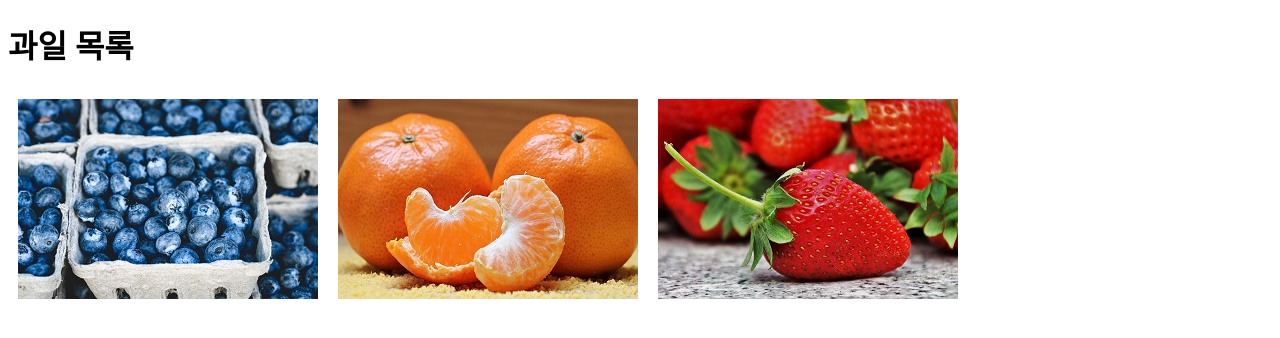
Repository: woosungtae/html_css
Page: pro01/public/a11.html
These files come from the project's save history. The page is drawn as it stood at one moment and after the next save; the edit follows.
The browser window is 1280 px wide. The pictures show the whole page.

Above is the page before, as saved 2022-12-12 06:34:41.

### pro01/public/a11.html
<!DOCTYPE html>
<html lang="ko">
<head>
<meta charset="utf-8">
<title>과일 목록</title>
   <style>
      .prod-list{
          list-style: none;
          margin: 0;
          padding: 0;
      }
      .prod-list li{
          position: relative;
          float: left;
          margin: 10px;
          padding: 0;
          overflow: hidden;
      }
      .prod-list img{
          margin:0;
          padding:0;
          float: left;
          z-index: 5;
      }
      .prod-list .caption{
          position: absolute;
          top: 200px;
          width: 300px;
          height: 200px;
          padding-top: 20px;
          background: rgba(0,0,0,0.6);
          opacity: 0;
          transition: all 0.2s ease-in-out;
          z-index: 10;
      }

      .prod-list li:hover .caption{
          opacity: 1;
          transform: translateY(-200px);
      }
      .prod-list .caption h1, .prod-list p{
          color: white;
          text-align: center;
          margin:5px;
          padding:5px;
      }
      .caption #sec:hover{
      border:1px dotted gray;
      width:30%;
      margin-right: auto;
      margin-left: auto;


      }
   </style>
</head>
<body>
<h1>과일 목록</h1>
<div id="container">
  <ul class="prod-list">
   <li>
      <img src="images/prod1.jpg">
      <div class="caption">
       <h1>상품 1</h1>
       <p>상품 1 설명 텍스트</p>
       <p>가격 : 12,345원</p>
       <p id="sec">구매하기<p>
      </div>
      </li>
         <li>
      <img src="images/prod2.jpg">
      <div class="caption">
       <h1>상품 2</h1>
       <p>상품 2 설명 텍스트</p>
       <p>가격 : 12,345원</p>
       <p id="sec">구매하기</p>
      </div>
      </li>
         <li>
      <img src="images/prod3.jpg">
      <div class="caption">
       <h1>상품 3</h1>
       <p>상품 3 설명 텍스트</p>
       <p>가격 : 12,345원</p>
       <p id="sec">구매하기</p>
      </div>
      </li>
  </ul>
</div>

</body>
</html>

After the next save:
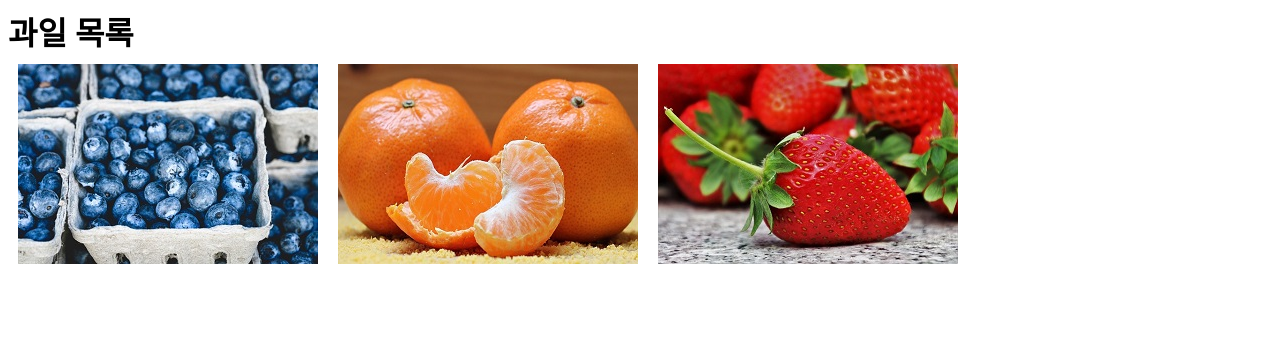
Saved 32 min 17 s later.
--- a/pro01/public/a11.html
+++ b/pro01/public/a11.html
@@ -4,6 +4,10 @@
 <meta charset="utf-8">
 <title>과일 목록</title>
    <style>
+   h1{
+    margin:0;
+    padding:0;
+   }
       .prod-list{
           list-style: none;
           margin: 0;

After the save that followed:
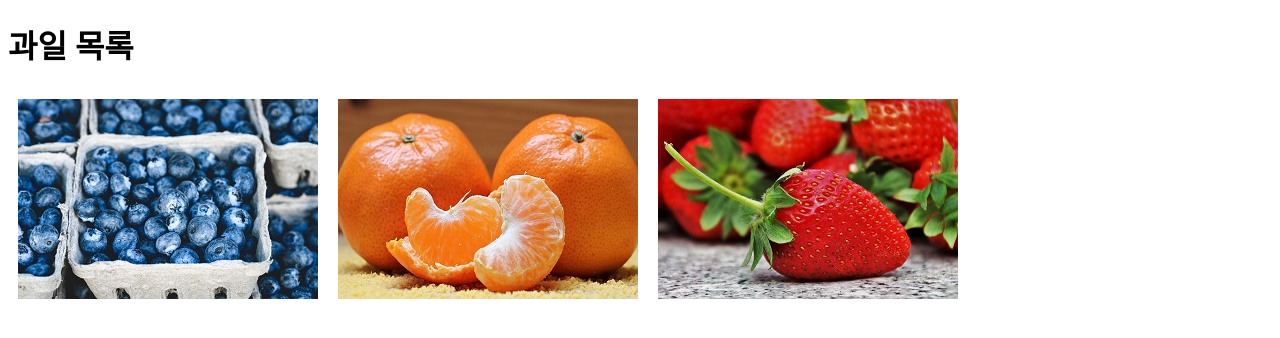
Saved 35 s later.
--- a/pro01/public/a11.html
+++ b/pro01/public/a11.html
@@ -5,8 +5,7 @@
 <title>과일 목록</title>
    <style>
    h1{
-    margin:0;
-    padding:0;
+    margin-left:auto;
    }
       .prod-list{
           list-style: none;
